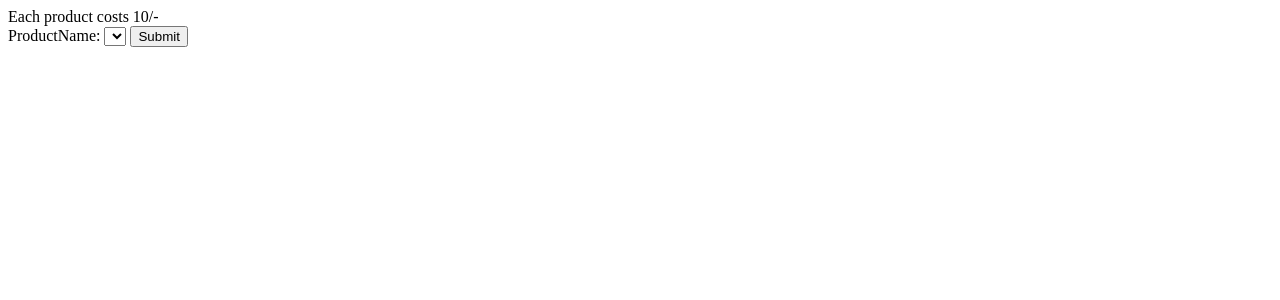
Repository: Rama-13/LaunchPadAllFiles
Page: java-workspace/SecondWebProject/WebContent/Products.html
These files come from the project's save history. The page is drawn as it stood at one moment and after the next save; the edit follows.
The browser window is 1280 px wide. The pictures show the whole page.

Above is the page before, as saved 2019-07-29 06:33:07.

### java-workspace/SecondWebProject/WebContent/Products.html
<!DOCTYPE html>
<html>
<head>
<meta charset="ISO-8859-1">
<title>Insert title here</title>
</head>
<body>
Each product costs 10/-
<form action = "FirstServlet" method = "post">
ProductName:
<select name="productName">
<option value = "Shoes">
<option value = "Dragon Ballz">
<option value = "Books">
</select>
<input type = "submit" name = "submit">



</form>
</body>
</html>

After the next save:
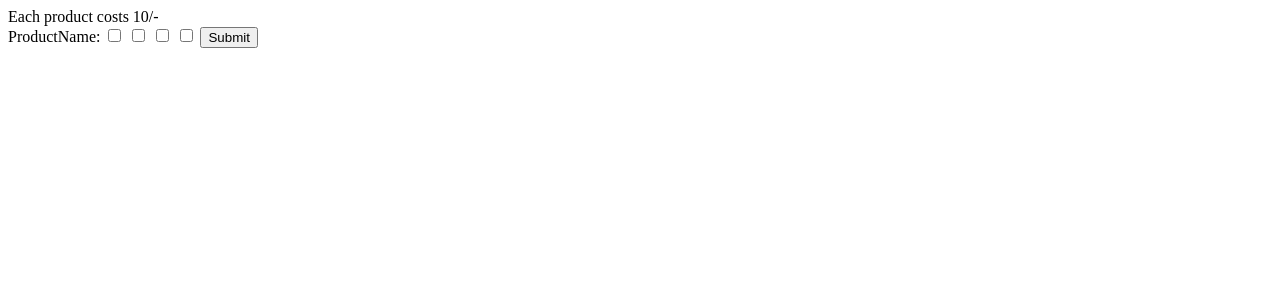
Saved 66 s later.
--- a/java-workspace/SecondWebProject/WebContent/Products.html
+++ b/java-workspace/SecondWebProject/WebContent/Products.html
@@ -8,11 +8,10 @@
 Each product costs 10/-
 <form action = "FirstServlet" method = "post">
 ProductName:
-<select name="productName">
-<option value = "Shoes">
-<option value = "Dragon Ballz">
-<option value = "Books">
-</select>
+<input type = "checkbox" name = "shirts">
+<input type = "checkbox" name = "shoes">
+<input type = "checkbox" name = "socks">
+<input type = "checkbox" name = "Belts">
 <input type = "submit" name = "submit">
 
 
